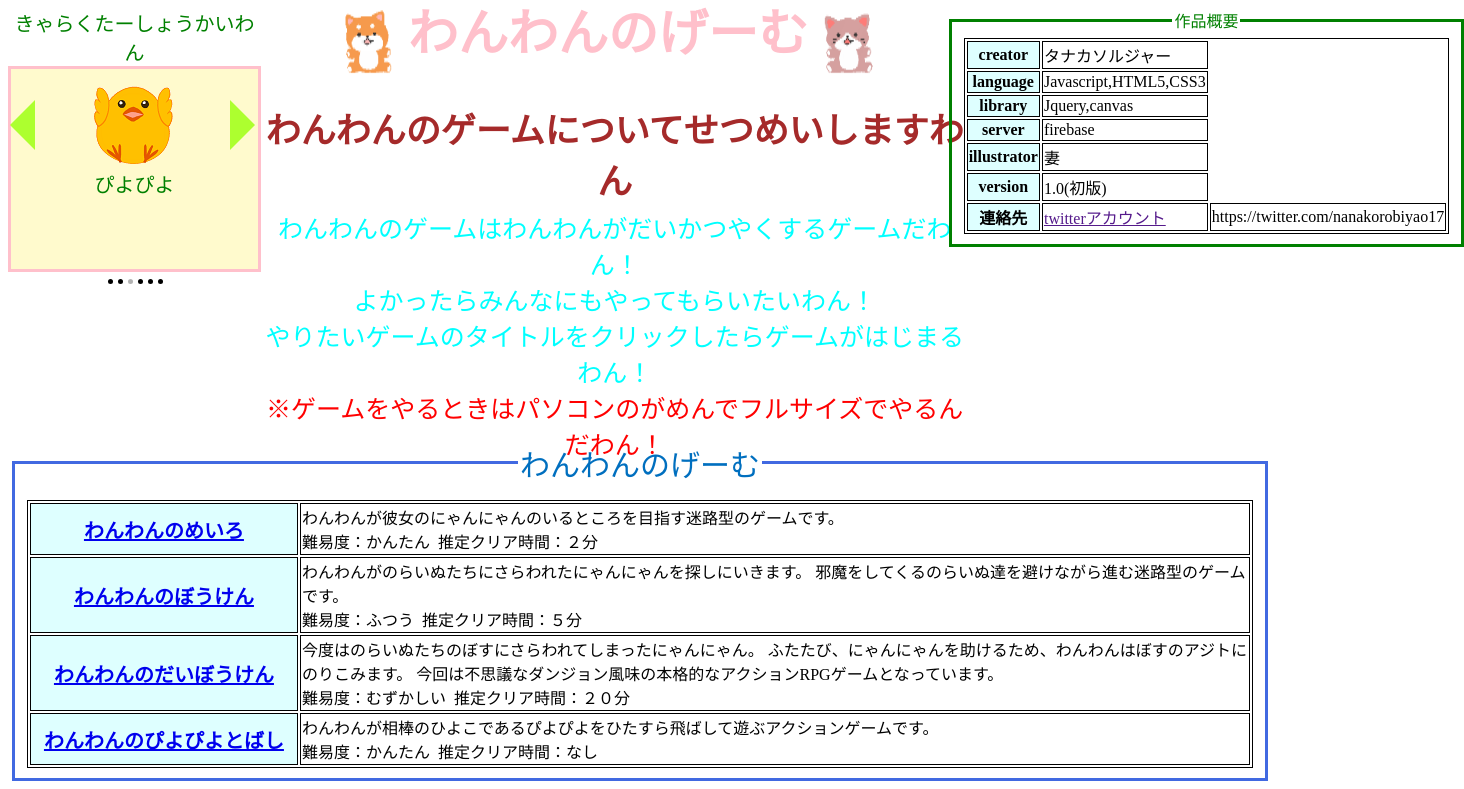
Repository: tatsuya-tanaka27/wanwannogame
Page: index.html
These files come from the project's save history. The page is drawn as it stood at one moment and after a run of saves; the edit follows.
The browser window is 1280 px wide. The page is 1464 px wide, then 1280 px, so the pictures cover 1464 px, including what lies to the right of the window. The pictures show the whole page.
Some web fonts or font styles are not loaded; a fallback is used.

Above is the page before, as saved 2021-03-09 20:43:32.

### index.html
<!DOCTYPE html>
<html>
	<head>
		<meta charset="UTF-8" />
		<meta
			name="”description”"
			content="”とあるおっさんプログラマーが自分のポートフォリオとして、JavascriptとHTMLだけでゲームを作ってみました。ゲームに登場するキャラクター達は妻に描いてもらいました。よかったら、javascriptでゲームを作る参考にしていただけたらなと思います。”"
		/>
		<meta
			name="keywords"
			content="Javascript,HTML,ゲーム,ポートフォリオ,RPG,わんわん"
		/>
		<link rel="stylesheet" href="css/style.css" />
		<link
			href="https://fonts.googleapis.com/earlyaccess/nikukyu.css"
			rel="stylesheet"
		/>
		<link
			href="https://fonts.googleapis.com/earlyaccess/nicomoji.css"
			rel="stylesheet"
		/>
		<link rel="shortcut icon" href="img/favicon.ico" type="image/vnd.microsoft.icon">
		<script src="js/jquery-3.5.1.min.js"></script>
		<title>わんわんのげーむ</title>
	</head>
	<body>
		<!-- 画像読み込み遅延防止のため、あらかじめ画像を読み込んでおく -->
		<div id="hidden_img_area" style="display: none">
			<img class="hidden_img" src="img/inu120.png" alt="わんわん"/>
			<img class="hidden_img" src="img/neko120.png" alt="にゃんにゃん"/>
			<img class="hidden_img" src="img/hiyoko_kirakira80.png" alt="ぴよぴよ"/>
			<img class="hidden_img" src="img/bossinu150.png" alt="ぼす"/>
			<img class="hidden_img" src="img/softcream100.png" alt="そふとくん"/>
			<img class="hidden_img" src="img/unchi100.png" alt="うんちくん"/>
		</div>
		<!-- トップ画面 -->
		<div id="wrapper">
			<main>
				<section id="game-area">
					<div id="top-area">
						<div id="slide-area">
							<div id='left' onclick='moveLeft()'></div>
							<div id="slide-message">
								<span class="wf-nicomoji" style="color: green; font-size: 20px;">
									きゃらくたーしょうかいわん
								</span>
							</div>
							<div id="slide-show-area">
								<figure>
									<img src="" id="slide-img">
									<figcaption id="slide-img-message" class="wf-nicomoji">
									</figcaption>
								</figure>
							</div>
							<div id='right' onclick='moveRight()'></div>
							<div  id="slide-controll-area">
								<ul id="slide-controll">
								</ul>
							</div>
						</div>
						<div id="center-area">
							<div id="title-area">
								<img src="img/inu80.png" />
								<h1 class="wf-nikukyu">わんわんのげーむ</h1>
								<img src="img/neko80.png" />
							</div>
							<div id="description-area">
								<h2 class="wf-nicomoji">
									わんわんのゲームについてせつめいしますわん
								</h2>
								<p class="wf-nicomoji" id="description">
									わんわんのゲームはわんわんがだいかつやくするゲームだわん！<br />
									よかったらみんなにもやってもらいたいわん！<br />
									やりたいゲームのタイトルをクリックしたらゲームがはじまるわん！
								</p>
								<span class="wf-nicomoji" id="red-description">
									※ゲームをやるときはパソコンのがめんでフルサイズでやるんだわん！
								</span>
							</div>
						</div>
						<div id="summary-area">
							<fieldset id="summary-table-border">
							<legend id="summary-table-label">
								作品概要
							</legend>
							<table id="summary-table">
								<tr>
									<th>
										creator
									</th>
									<td>
										タナカソルジャー
									</td>
								</tr>
								<tr>
									<th>
										language
									</th>
									<td>
										Javascript,HTML5,CSS3
									</td>
								</tr>
								<tr>
									<th>
										library
									</th>
									<td>
										Jquery,canvas
									</td>
								</tr>
								<tr>
									<th>
										server
									</th>
									<td>
										firebase
									</td>
								</tr>
								<tr>
									<th>
										illustrator
									</th>
									<td>
										妻
									</td>
								</tr>
								<tr>
									<th>
										version
									</th>
									<td>
										1.0(初版)
									</td>
								</tr>
								<tr>
									<th>
										連絡先
									</th>
									<td>
										<a href="">twitterアカウント</a>
									</td>
									<td colspan="2">https://twitter.com/nanakorobiyao17</td>
								</tr>
							</table>
						</div>
					</div>
					<div id="table-area">
						<fieldset id="table-border">
							<legend id="table-label" class="wf-nikukyu">
								わんわんのげーむ
							</legend>
							<table id="game-table">
								<tr>
									<th>
										<a
											class="wf-nikukyu game-title"
											href="wanwannomeiro/wanwannomeiro.html"
											>わんわんのめいろ</a
										>
									</th>
									<td>
										わんわんが彼女のにゃんにゃんのいるところを目指す迷路型のゲームです。<br />
										難易度：かんたん&nbsp;&nbsp;推定クリア時間：２分
									</td>
								</tr>
								<tr>
									<th>
										<a
											class="wf-nikukyu game-title"
											href="wanwannobouken/wanwannobouken.html"
											>わんわんのぼうけん</a
										>
									</th>
									<td>
										わんわんがのらいぬたちにさらわれたにゃんにゃんを探しにいきます。
										邪魔をしてくるのらいぬ達を避けながら進む迷路型のゲームです。<br />
										難易度：ふつう&nbsp;&nbsp;推定クリア時間：５分
									</td>
								</tr>
								<tr>
									<th>
										<a
											class="wf-nikukyu game-title"
											href="wanwannodaibouken/wanwannodaibouken.html"
										>
											わんわんのだいぼうけん
										</a>
									</th>
									<td>
										今度はのらいぬたちのぼすにさらわれてしまったにゃんにゃん。
										ふたたび、にゃんにゃんを助けるため、わんわんはぼすのアジトにのりこみます。
										今回は不思議なダンジョン風味の本格的なアクションRPGゲームとなっています。<br />
										難易度：むずかしい&nbsp;&nbsp;推定クリア時間：２０分
									</td>
								</tr>
								<tr>
									<th>
										<a
											class="wf-nikukyu game-title"
											href="wanwannopiyopiyotobashi/wanwannopiyopiyotobashi.html"
											>わんわんのぴよぴよとばし</a
										>
									</th>
									<td>
										わんわんが相棒のひよこであるぴよぴよをひたすら飛ばして遊ぶアクションゲームです。<br />
										難易度：かんたん&nbsp;&nbsp;推定クリア時間：なし
									</td>
								</tr>
							</table>
						</fieldset>
					</div>
				</section>
				<script type="text/javascript" src="js/script.js"></script>
			</main>
		</div>
	</body>
</html>

### css/style.css
@charset "UTF-8";

/* 外部スタイル start */
.wf-nikukyu {
	font-family: "Nikukyu";
}
.wf-nicomoji {
	font-family: "Nico Moji";
}

/* 外部スタイル end */

#wrapper {
	margin: auto;
	width: 100%;
}

main {
	display: flex;
	margin: auto;
	width: 100%;
}

#game-area {
	width: 100%;
	margin: auto;
	text-align: center;
}

#top-area {
	display: flex;
}

#slide-area {
	width: 20%;
}

#slide-show-area {
	border: 3px solid pink;
	height: 200px;
	background-color: lemonchiffon;
}

#slide-img-message {
	font-size: 20px;
	color: green;
}

#center-area {
	width: 56%;
}

#title-area {
	display: flex;
	margin: auto;
	width: 81%;
}

#summary-area {
	width: 24%;
}

#summary-table-border {
	width: 95%;
	margin: 0px 0px 0px -20px;
	border: 3px solid green;
}

#summary-table-label {
	color: green;
}

#summary-table {
	margin: auto;
	border: solid 1px black;
	width: 100%;
}

#summary-table th {
	width: 40%;
	border: solid 1px black;
	background-color: #deffff;
}

#summary-table td {
	border: solid 1px black;
	text-align: left;
	vertical-align: middle;
}

#title-area img {
	margin-top: -20px;
}

h1 {
	color: pink;
	font-size: 50px;
	margin-top: -15px;
	text-align: center;
}

h2 {
	color: brown;
	font-size: 35px;
	margin: -5px 0px 5px 0px;
}

#description {
	color: aqua;
	font-size: 25px;
	margin: 0px;
	width: 100%;
}

#red-description {
	color: red;
	font-size: 25px;
	margin: 0px;
}

#table-border {
	width: 97%;
	margin: -20px auto 0px auto;
	border: 3px solid royalblue;
}

#table-label {
	font-size: 30px;
	color: rgb(0, 111, 191);
	margin-bottom: 10px;
}

#game-table {
	margin: auto;
	border: solid 1px black;
	width: 100%;
}

#game-table th {
	width: 22%;
	border: solid 1px black;
	background-color: #deffff;
}

.game-title {
	font-size: 20px;
}

#game-table td {
	border: solid 1px black;
	text-align: left;
	vertical-align: middle;
}

/* スライドショーの矢印用のスタイル start */

/* コンテントなくてもボーダー太ければ表示される*/
#left {
	position: absolute;
	top: 100px;
	left: 0px;
	border-top: 25px solid transparent;
	border-right: 25px solid greenyellow;
	border-bottom: 25px solid transparent;
	border-left: 25px solid transparent;
	margin-left: -15px;
}

#left:hover {
	opacity: 0.5;
	cursor: pointer;
}

/* コンテントなくてもボーダー太ければ表示される*/
#right {
	position: absolute;
	top: 100px;
	left: 230px;
	border-top: 25px solid transparent;
	border-right: 25px solid transparent;
	border-bottom: 25px solid transparent;
	border-left: 25px solid greenyellow;
}

#right:hover {
	cursor: pointer;
}

#slide-controll-area {
	width: 100%;
}

#slide-controll {
	margin-top: 0px;
	display: flex;
	justify-content: center;
}

#slide-controll > li {
	cursor: pointer;
	display: list-item;
	width: 10px;
	height: 10px;
}

#slide-controll li:hover {
	opacity: 0.3;
}

/* スライドショーの矢印用のスタイル end */

### js/script.js
//グローバル変数
let slideArray = document.getElementsByClassName("hidden_img");//スライドショーで使用する画像の配列
let slideStartFlg = true;//スライドショー開始フラグ
let slideImg = document.getElementById("slide-img");//スライドショーの画像
let slideImgMessage = document.getElementById("slide-img-message");//スライドショーの画像のメッセージ
let slideNum = 0;//スライドショー配列の添え字
let timerId = "";//タイマーID
let slideControll = document.getElementById("slide-controll");//スライドショーの黒点リスト
let kurotenNum = 0;//スライドショーの黒点の番号
let kurotenHTML = "";//スライドショーの黒点のHTML

//スライドショー下の黒点を画像のリスト分作成する
Array.prototype.forEach.call(slideArray, function (slideValue) {
    kurotenHTML += "<li id='kuroten" + kurotenNum + "' onclick='slideMove(" + kurotenNum + ")'></li>";
    kurotenNum++;
    if (kurotenNum == slideArray.length) {
        slideControll.innerHTML = kurotenHTML;
    }
})


//開始処理がオンであればスライド処理開始
function slide() {
    slideCommon();
    slideNum++;
    if (slideNum == slideArray.length) {
        slideNum = 0;
    }
    timerId = setTimeout(function (){slide()}, 2000);

}

//指定された秒おきにスライド処理を実行
timerId = setTimeout(function () { slide() }, 1);

//スライド移動左
function moveLeft() {
    slideCommon();
    slideNum--;
    if (slideNum < 0) {
        slideNum = slideArray.length - 1;
    }
    timerId = setTimeout(function (){slide()}, 2000);
}

//スライド移動右
function moveRight() {
    slideCommon();
    slideNum++;
    if (slideNum == slideArray.length) {
        slideNum = 0;
    }
    timerId = setTimeout(function (){slide()}, 2000);
}

//スライド移動
function slideMove(num) {
    clearTimeout(timerId);
    slideNum = num;
    let val = slideArray[slideNum];
    let slidePath = val.getAttribute('src');
    slideImg.setAttribute("src", slidePath);
    slideImgMessage.innerHTML = val.alt;
    for (let slideLoopNum = 0; slideLoopNum < slideArray.length; slideLoopNum++){
        if (slideLoopNum == slideNum) {
            document.getElementById("kuroten" + slideLoopNum).style.opacity = 0.3;
        } else {
            document.getElementById("kuroten" + slideLoopNum).style.opacity = 1.0;
        }
    }
    timerId = setTimeout(function (){slide()}, 2000);
}

//スライド処理の共通処理
function slideCommon() {
    clearTimeout(timerId);
    let val = slideArray[slideNum];
    let slidePath = val.getAttribute('src');
    slideImg.setAttribute("src", slidePath);
    slideImgMessage.innerHTML = val.alt;
    for (let slideLoopNum = 0; slideLoopNum < slideArray.length; slideLoopNum++){
        if (slideLoopNum == slideNum) {
            document.getElementById("kuroten" + slideLoopNum).style.opacity = 0.3;
        } else {
            document.getElementById("kuroten" + slideLoopNum).style.opacity = 1.0;
        }
    }
}

Loaded but not shown: js/jquery-3.5.1.min.js (library)

After the next 3 saves:
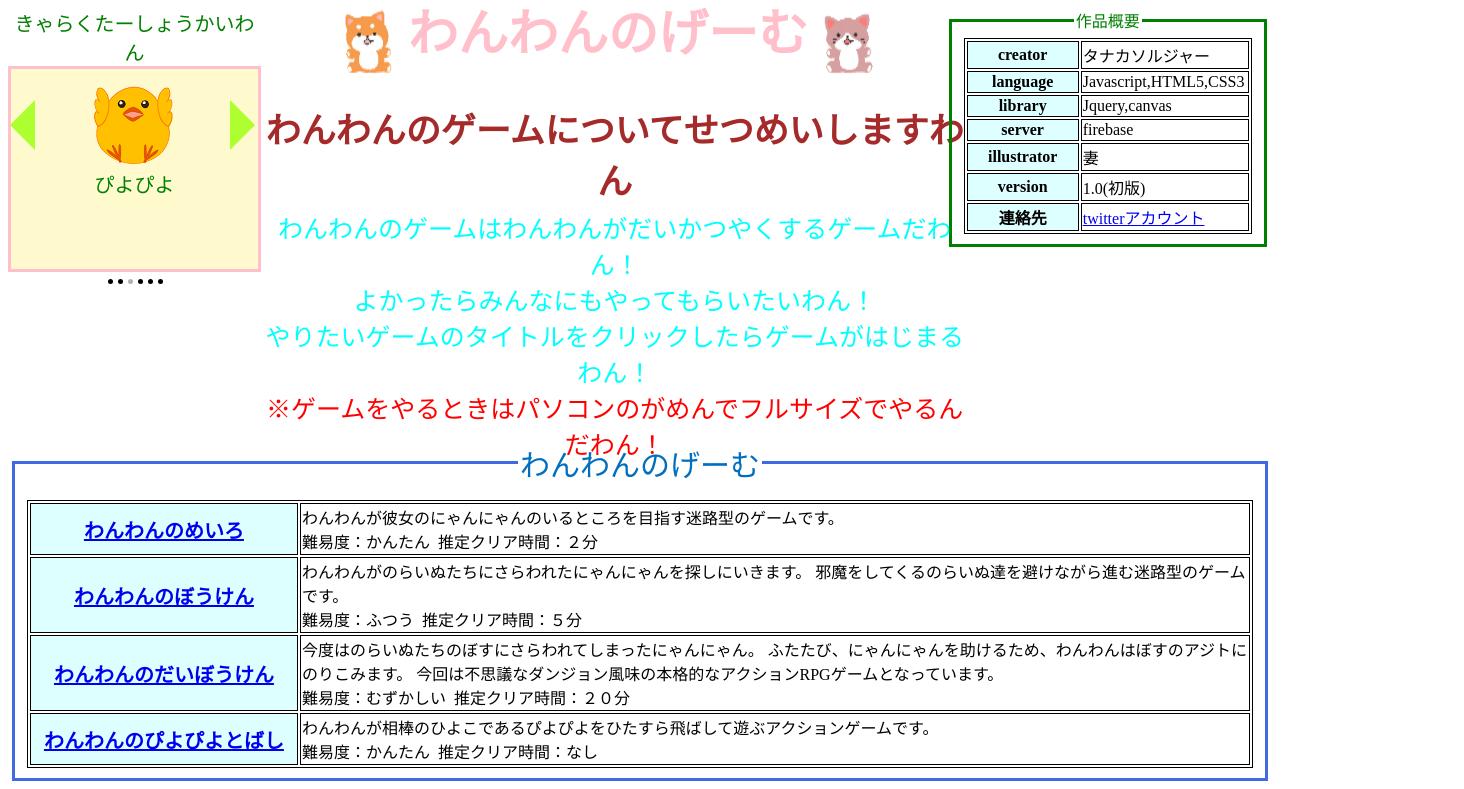
The 3 saves are shown as one change because they came seconds apart.
The last was saved 11 s later.
--- a/index.html
+++ b/index.html
@@ -137,9 +137,8 @@
 										連絡先
 									</th>
 									<td>
-										<a href="">twitterアカウント</a>
-									</td>
-									<td colspan="2">https://twitter.com/nanakorobiyao17</td>
+										<a href="https://twitter.com/nanakorobiyao17">twitterアカウント</a>
+									</td>
 								</tr>
 							</table>
 						</div>
